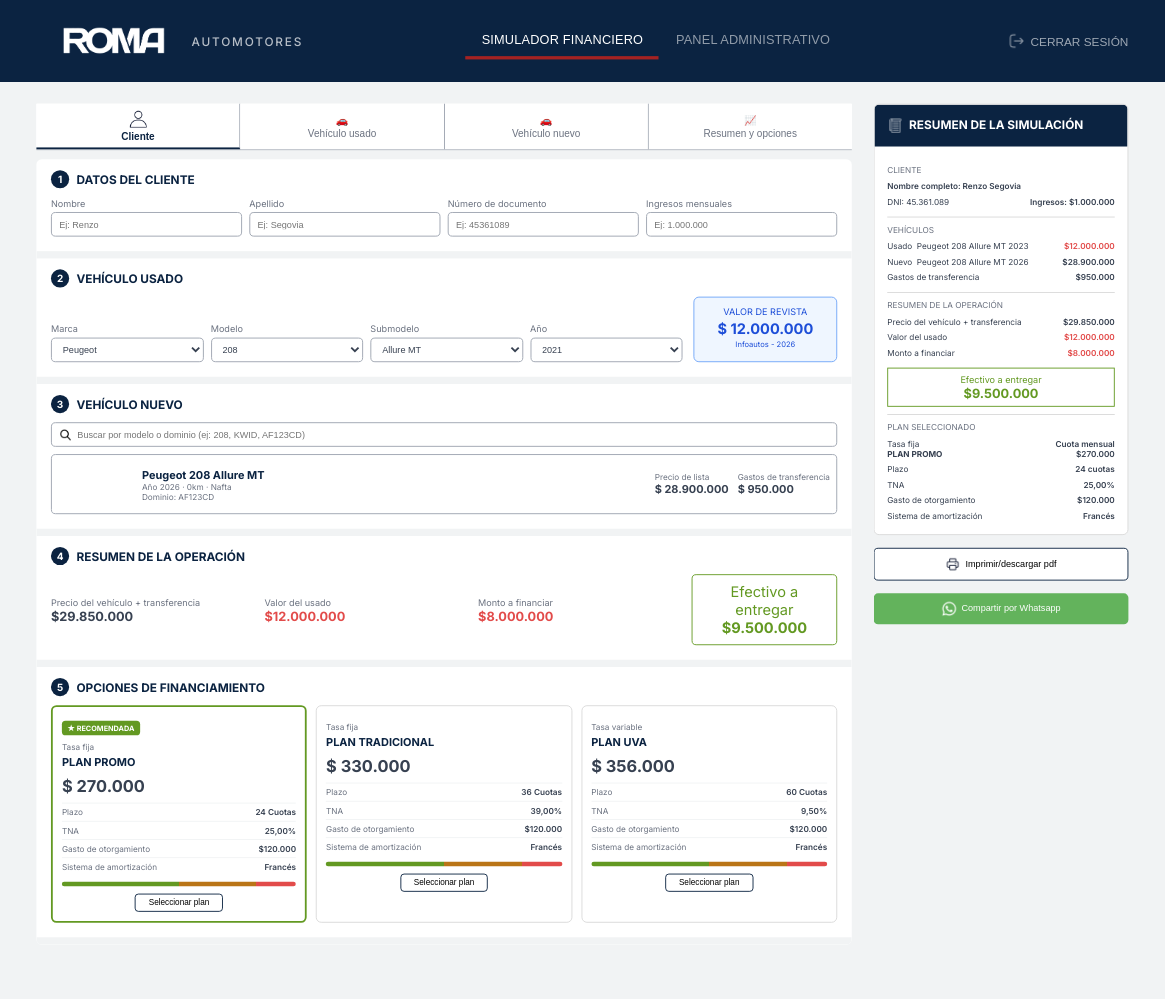
Repository: PPIII-9-012/Roma-System
Page: public/index.html
An editor plug-in stored every save of this project. The page is shown before and after the next save, followed by the edit.
The browser window is 1280 px wide. The pictures show the whole page, at 91% of full size.

Above is the page before, as saved 2026-08-22 16:59:04.

### public/index.html
<!DOCTYPE html>
<html lang="es">
<head>
    <meta charset="UTF-8">
    <meta name="viewport" content="width=device-width, initial-scale=1.0">
    <title>Simulador Financiero — Roma Automotores</title>
    <link rel="preconnect" href="https://fonts.googleapis.com">
    <link href="https://fonts.googleapis.com/css2?family=Inter:wght@400;500;600;700&display=swap" rel="stylesheet">
    <style>
        * {
            box-sizing: border-box;
            margin: 0;
            padding: 0;
        }
        body {
            font-family: 'Inter', system-ui, sans-serif;
        }
        .navbar {
            height: 90px;
            background: #0B2341;
            color: #FFFFFF;
            display: flex;
            align-items: center;
            justify-content: space-between;
            padding: 0 40px;
            position: sticky;
            top: 0;
            z-index: 50;
        }
        .navbar-left,
        .navbar-links,
        .navbar-logout {
            display: flex;
            align-items: center;
        }
        .navbar-left {
            gap: 14px;
        }
        .navbar-links {
            gap: 36px;
        }
        .navbar-logo {
            width: auto;
            height: 70px;
            display: block;
        }
        .navbar-brand {
            font-size: 13px;
            opacity: .7;
            letter-spacing: 2px;
            font-weight: 500;
        }
        .navbar-brand,
        .navbar-link,
        .navbar-logout {
            color: #FFFFFF;
        }
        .navbar-link {
            font-size: 14px;
            opacity: .55;
            text-decoration: none;
            padding-bottom: 4px;
            letter-spacing: .2px;
            transition: opacity .15s;
            position: relative;
        }
        .navbar-link:hover {
            opacity: .85;
        }
        .navbar-link.active {
            opacity: 1;
            transition: all 0.3s ease;
        }
        .navbar-link.active::after {
            content: "";
            position: absolute;
            left: 0;
            right: 0;
            bottom: -10px;
            height: 3px;
            background: #a52222;
            transform: scale(1.2)
        }
        .navbar-link.active:hover {
            transform: scale(1.2);
        }
        .navbar-logout {
            font-size: 13px;
            opacity: .6;
            transition: all 0.3s ease;
        }
        .navbar-logout:hover {
            opacity: 1;
            transform: scale(1.2);
        }
        .navbar-link,
        .navbar-logout {
            background: transparent;
            border: 0;
            cursor: pointer;
        }
        .navbar-logout {
            gap: 6px;
        }
        .navbar-link {
            transition: all 0.3s ease;
        }
        .navbar-link:hover {
            transform: scale(1.2);
        }
        .logout-logo {
            width: auto;
            height: 18px;
            display: block;
        }
        body {
            background: #F1F3F4;
            color: #374151;
        }
        .app {
            display: flex;
            max-width: 1440px;
            margin: 0 auto;
            align-items: flex-start;
        }
        .main-col {
            flex: 1;
            min-width: 0;
            padding: 24px 24px 60px 40px;
        }
        .side-col {
            width: 320px;
            flex-shrink: 0;
            padding: 24px 40px 60px 0;
            position: sticky;
            top: 90px;
        }
        .progress-tabs {
            background: #FFFFFF;
            display: flex;
            border-bottom: 1px solid #9CA3AF;
            margin-bottom: 10px;
        }
        .progress-tab {
            flex: 1;
            min-width: 0;
            min-height: 50px;
            display: flex;
            flex-direction: column;
            align-items: center;
            justify-content: center;
            gap: 2px;
            padding: 5px 8px;
            background: #FFFFFF;
            border: 0;
            border-right: 1px solid #9CA3AF;
            color: #6B7280;
            cursor: pointer;
            font-size: 11px;
        }
        .progress-tab:last-child { border-right: 0; }
        .progress-tab.active { color: #0B2341; font-weight: 600; border-bottom: 2px solid #0B2341; }
        .progress-tab img { height: 22px; width: auto; }
        .form-card, .summary-card {
            background: #FFFFFF;
            border-radius: 6px;
            overflow: hidden;
        }
        .form-section {
            padding: 12px 16px 16px;
            border-bottom: 8px solid #F1F3F4;
        }
        .form-section-head {
            display: flex;
            align-items: center;
            gap: 8px;
            margin-bottom: 10px;
        }
        .form-section-num {
            width: 20px;
            height: 20px;
            border-radius: 50%;
            background: #0B2341;
            color: #FFFFFF;
            display: grid;
            place-items: center;
            font-size: 11px;
            font-weight: 700;
        }
        .form-section-title { color: #0B2341; font-size: 13px; font-weight: 700; }
        .field-row, .used-fields { display: grid; grid-template-columns: repeat(4, minmax(0, 1fr)); gap: 8px; }
        .field { display: flex; flex-direction: column; gap: 4px; min-width: 0; }
        .field label { font-size: 10px; color: #6B7280; }
        .field input, .field select, .search-input {
            width: 100%;
            height: 27px;
            padding: 4px 8px;
            border: 1px solid #9CA3AF;
            border-radius: 5px;
            background: #FFFFFF;
            color: #374151;
            font-size: 10px;
        }
        .search-input {
            padding-left: 28px;
            background-image: url('buscar.png');
            background-repeat: no-repeat;
            background-position: 8px center;
            background-size: 14px 14px;
        }
        .used-layout { display: grid; grid-template-columns: 1fr 158px; gap: 12px; align-items: end; }
        .infoauto-box { background: #EFF6FF; border: 1px solid #70A5F8; border-radius: 6px; min-height: 72px; padding: 9px; text-align: center; color: #1D4ED8; font-size: 10px; }
        .infoauto-value { display: block; font-size: 16px; font-weight: 700; margin-top: 3px; }
        .search-wrap { position: relative; margin-bottom: 8px; }
        .new-car-card { display: grid; grid-template-columns: 82px 1fr auto auto; gap: 10px; align-items: center; border: 1px solid #9CA3AF; border-radius: 5px; padding: 7px; }
        .car-photo { width: 82px; height: 50px; object-fit: contain; }
        .car-name { font-size: 12px; font-weight: 700; color: #0B2341; }
        .car-meta, .price-label { font-size: 9px; color: #6B7280; }
        .price-value { font-size: 12px; font-weight: 700; color: #374151; }
        .op-grid { display: grid; grid-template-columns: repeat(3, 1fr) 160px; gap: 12px; align-items: center; }
        .op-label { font-size: 10px; color: #6B7280; }
        .op-value { font-size: 14px; font-weight: 700; }
        .negative { color: #E24B4A; }
        .cash-box { border: 1px solid #639922; border-radius: 5px; padding: 8px; text-align: center; color: #639922; }
        .cash-box strong { display: block; font-size: 16px; }
        .plans-grid { display: grid; grid-template-columns: repeat(3, 1fr); gap: 10px; }
        .plan-card { border: 1px solid #D9D9D9; border-radius: 6px; padding: 10px; min-width: 0; cursor: pointer; transition: border-color .2s, box-shadow .2s; }
        .plan-card.selected { border: 2px solid #639922; }
        .plan-badge { display: inline-block; background: #639922; color: #FFFFFF; border-radius: 4px; padding: 3px 6px; font-size: 8px; font-weight: 700; }
        .plan-type { color: #6B7280; font-size: 9px; margin-top: 7px; }
        .plan-name { color: #0B2341; font-size: 12px; font-weight: 700; margin: 4px 0 8px; }
        .plan-price { color: #374151; font-size: 18px; font-weight: 700; margin-bottom: 8px; }
        .plan-row { display: flex; justify-content: space-between; border-top: 1px solid #F1F3F4; padding: 4px 0; font-size: 9px; }
        .plan-row span:first-child { color: #6B7280; }
        .plan-row span:last-child { font-weight: 600; }
        .rci { height: 5px; margin: 7px 0 3px; background: linear-gradient(to right, #639922 50%, #BA7517 50% 83%, #E24B4A 83%); border-radius: 4px; }
        .plan-button { display: block; margin: 8px auto 0; padding: 4px 14px; border: 1px solid #0B2341; background: #FFFFFF; border-radius: 4px; font-size: 9px; }
        .summary-card { border: 1px solid #D9D9D9; }
        .summary-head { background: #0B2341; color: #FFFFFF; padding: 14px; font-size: 13px; font-weight: 700; }
        .summary-logo {
            width: auto;
            height: 18px;
            vertical-align: middle;
            margin-right: 6px;
        }
        .summary-body { padding: 12px 14px; }
        .summary-title { color: #6B7280; font-size: 9px; text-transform: uppercase; margin: 8px 0 4px; }
        .summary-row { display: flex; justify-content: space-between; gap: 8px; padding: 3px 0; font-size: 9px; }
        .summary-row span:last-child { font-weight: 600; text-align: right; }
        .summary-divider { border: 0; border-top: 1px solid #D9D9D9; margin: 8px 0; }
        .summary-cash { border: 1px solid #639922; color: #639922; text-align: center; padding: 6px; margin-top: 8px; font-size: 10px; }
        .summary-cash strong { display: block; font-size: 14px; }
        .side-action { width: 100%; margin-top: 14px; padding: 9px; border: 1px solid #0B2341; border-radius: 5px; background: #FFFFFF; font-size: 10px; transition: transform 0.3s ease, filter 0.4s ease; }
        .print-logo {
            width: auto;
            height: 16px;
            vertical-align: middle;
            margin-right: 6px;
        }
        .side-action:hover {
            transition: width 0.3s ease;
            transform: scale(1.1);
            filter: brightness(0.9);
        }
        .whatsapp-logo {
            width: auto;
            height: 16px;
            vertical-align: middle;
            margin-right: 6px;
        }
        .side-action.whatsapp { background: #63B35C; color: #FFFFFF; border: 0; }
        .cliente-logo {
            width: auto;
            height: 20px;
            display: block;
        }
        .plan-card:hover { box-shadow: 0 2px 8px rgba(11, 35, 65, .12); }
        @media (max-width: 900px) {
            .navbar {
                height: auto;
                min-height: 90px;
                flex-wrap: wrap;
                gap: 14px 20px;
                padding: 14px 24px;
            }
            .navbar-links {
                order: 3;
                width: 100%;
                justify-content: center;
            }
            .navbar-link.active {
                padding-bottom: 4px;
            }
            .navbar-link.active::after {
                bottom: -4px;
            }
            .app { flex-direction: column; }
            .main-col, .side-col { width: 100%; padding: 16px 24px 24px; }
            .side-col { position: static; }
        }
        @media (max-width: 560px) {
            .navbar {
                align-items: center;
                padding: 12px 16px;
            }
            .navbar-logo {
                height: 50px;
            }
            .navbar-brand {
                font-size: 11px;
                letter-spacing: 1px;
            }
            .navbar-links {
                gap: 12px;
            }
            .navbar-link {
                font-size: 11px;
                letter-spacing: 0;
                text-align: center;
            }
            .navbar-logout {
                font-size: 11px;
            }
            .logout-logo {
                height: 16px;
            }
            .main-col, .side-col { padding: 12px 16px 20px; }
            .field-row, .used-fields, .plans-grid { grid-template-columns: 1fr; }
            .used-layout, .op-grid { grid-template-columns: 1fr; }
            .new-car-card { grid-template-columns: 64px 1fr; }
            .car-photo { width: 64px; }
        }

</style>
</head>
<body>
<div class="navbar">
    <div class="navbar-left">
        <img class="navbar-logo" src="logotiporoma.png" alt="Roma">
        <span class="navbar-brand">AUTOMOTORES</span>
    </div>
    <div class="navbar-links">
        <button class="navbar-link active" type="button" id="simuladorBtn">SIMULADOR FINANCIERO</button>
        <button class="navbar-link" type="button" id="panelAdmimBtn">PANEL ADMINISTRATIVO</button>
    </div>
    <button class="navbar-logout" type="button" id="logoutBtn">
        <img class="logout-logo" src="cerrarsesion.png" alt="">
        <span>CERRAR SESIÓN</span>
    </button>
</div>

<div class="app">
    <div class="main-col">
        <div class="progress-tabs">
            <button class="progress-tab active" data-target="sec-cliente"><img src="cliente.png" alt=""><span>Cliente</span></button>
            <button class="progress-tab" data-target="sec-usado"><span>🚗</span><span>Vehículo usado</span></button>
            <button class="progress-tab" data-target="sec-nuevo"><span>🚗</span><span>Vehículo nuevo</span></button>
            <button class="progress-tab" data-target="sec-opciones"><span>📈</span><span>Resumen y opciones</span></button>
        </div>
        <div class="form-card">
            <section class="form-section" id="sec-cliente">
                <div class="form-section-head"><span class="form-section-num">1</span><span class="form-section-title">DATOS DEL CLIENTE</span></div>
                <div class="field-row">
                    <div class="field"><label>Nombre</label><input placeholder="Ej: Renzo"></div>
                    <div class="field"><label>Apellido</label><input placeholder="Ej: Segovia"></div>
                    <div class="field"><label>Número de documento</label><input placeholder="Ej: 45361089"></div>
                    <div class="field"><label>Ingresos mensuales</label><input placeholder="Ej: 1.000.000"></div>
                </div>
            </section>
            <section class="form-section" id="sec-usado">
                <div class="form-section-head"><span class="form-section-num">2</span><span class="form-section-title">VEHÍCULO USADO</span></div>
                <div class="used-layout">
                    <div class="used-fields">
                        <div class="field"><label>Marca</label><select><option>Peugeot</option></select></div>
                        <div class="field"><label>Modelo</label><select><option>208</option></select></div>
                        <div class="field"><label>Submodelo</label><select><option>Allure MT</option></select></div>
                        <div class="field"><label>Año</label><select><option>2021</option></select></div>
                    </div>
                    <div class="infoauto-box">VALOR DE REVISTA<strong class="infoauto-value">$ 12.000.000</strong><small>Infoautos - 2026</small></div>
                </div>
            </section>
            <section class="form-section" id="sec-nuevo">
                <div class="form-section-head"><span class="form-section-num">3</span><span class="form-section-title">VEHÍCULO NUEVO</span></div>
                <div class="search-wrap"><input class="search-input" placeholder="Buscar por modelo o dominio (ej: 208, KWID, AF123CD)"></div>
                <div class="new-car-card">
                    <img class="car-photo" src="logotiporoma.png" alt="Vehículo">
                    <div><div class="car-name">Peugeot 208 Allure MT</div><div class="car-meta">Año 2026 · 0km · Nafta<br>Dominio: AF123CD</div></div>
                    <div><div class="price-label">Precio de lista</div><div class="price-value">$ 28.900.000</div></div>
                    <div><div class="price-label">Gastos de transferencia</div><div class="price-value">$ 950.000</div></div>
                </div>
            </section>
            <section class="form-section" id="sec-opciones">
                <div class="form-section-head"><span class="form-section-num">4</span><span class="form-section-title">RESUMEN DE LA OPERACIÓN</span></div>
                <div class="op-grid">
                    <div><div class="op-label">Precio del vehículo + transferencia</div><div class="op-value">$29.850.000</div></div>
                    <div><div class="op-label">Valor del usado</div><div class="op-value negative">$12.000.000</div></div>
                    <div><div class="op-label">Monto a financiar</div><div class="op-value negative">$8.000.000</div></div>
                    <div class="cash-box">Efectivo a entregar<strong>$9.500.000</strong></div>
                </div>
            </section>
            <section class="form-section">
                <div class="form-section-head"><span class="form-section-num">5</span><span class="form-section-title">OPCIONES DE FINANCIAMIENTO</span></div>
                <div class="plans-grid">
                    <div class="plan-card selected"><span class="plan-badge">★ RECOMENDADA</span><div class="plan-type">Tasa fija</div><div class="plan-name">PLAN PROMO</div><div class="plan-price">$ 270.000</div><div class="plan-row"><span>Plazo</span><span>24 Cuotas</span></div><div class="plan-row"><span>TNA</span><span>25,00%</span></div><div class="plan-row"><span>Gasto de otorgamiento</span><span>$120.000</span></div><div class="plan-row"><span>Sistema de amortización</span><span>Francés</span></div><div class="rci"></div><button class="plan-button">Seleccionar plan</button></div>
                    <div class="plan-card"><div class="plan-type">Tasa fija</div><div class="plan-name">PLAN TRADICIONAL</div><div class="plan-price">$ 330.000</div><div class="plan-row"><span>Plazo</span><span>36 Cuotas</span></div><div class="plan-row"><span>TNA</span><span>39,00%</span></div><div class="plan-row"><span>Gasto de otorgamiento</span><span>$120.000</span></div><div class="plan-row"><span>Sistema de amortización</span><span>Francés</span></div><div class="rci"></div><button class="plan-button">Seleccionar plan</button></div>
                    <div class="plan-card"><div class="plan-type">Tasa variable</div><div class="plan-name">PLAN UVA</div><div class="plan-price">$ 356.000</div><div class="plan-row"><span>Plazo</span><span>60 Cuotas</span></div><div class="plan-row"><span>TNA</span><span>9,50%</span></div><div class="plan-row"><span>Gasto de otorgamiento</span><span>$120.000</span></div><div class="plan-row"><span>Sistema de amortización</span><span>Francés</span></div><div class="rci"></div><button class="plan-button">Seleccionar plan</button></div>
                </div>
            </section>
        </div>
    </div>
    <aside class="side-col">
        <div class="summary-card"><div class="summary-head"><img class="summary-logo" src="resumen.png" alt="">RESUMEN DE LA SIMULACIÓN</div><div class="summary-body">
            <div class="summary-title">Cliente</div><div class="summary-row"><span>Nombre completo: Renzo Segovia</span></div><div class="summary-row"><span>DNI: 45.361.089</span><span>Ingresos: $1.000.000</span></div><hr class="summary-divider">
            <div class="summary-title">Vehículos</div><div class="summary-row"><span>Usado&nbsp; Peugeot 208 Allure MT 2023</span><span class="negative">$12.000.000</span></div><div class="summary-row"><span>Nuevo&nbsp; Peugeot 208 Allure MT 2026</span><span>$28.900.000</span></div><div class="summary-row"><span>Gastos de transferencia</span><span>$950.000</span></div><hr class="summary-divider">
            <div class="summary-title">Resumen de la operación</div><div class="summary-row"><span>Precio del vehículo + transferencia</span><span>$29.850.000</span></div><div class="summary-row"><span>Valor del usado</span><span class="negative">$12.000.000</span></div><div class="summary-row"><span>Monto a financiar</span><span class="negative">$8.000.000</span></div><div class="summary-cash">Efectivo a entregar<strong>$9.500.000</strong></div><hr class="summary-divider">
            <div class="summary-title">Plan seleccionado</div><div class="summary-row"><span>Tasa fija<br><b>PLAN PROMO</b></span><span>Cuota mensual<br>$270.000</span></div><div class="summary-row"><span>Plazo</span><span>24 cuotas</span></div><div class="summary-row"><span>TNA</span><span>25,00%</span></div><div class="summary-row"><span>Gasto de otorgamiento</span><span>$120.000</span></div><div class="summary-row"><span>Sistema de amortización</span><span>Francés</span></div>
        </div></div>
        <button class="side-action"><img class="print-logo" src="imprimir.png" alt="">Imprimir/descargar pdf</button><button class="side-action whatsapp"><img class="whatsapp-logo" src="whatsapp.png" alt="">Compartir por Whatsapp</button>
    </aside>
</div>

<script>
    const navbarLinks = document.querySelectorAll('.navbar-link');
    navbarLinks.forEach((link) => {
        link.addEventListener('click', () => {
            navbarLinks.forEach((item) => item.classList.remove('active'));
            link.classList.add('active');
        });
    });

    const planCards = document.querySelectorAll('.plan-card');
    planCards.forEach((planCard) => {
        planCard.addEventListener('click', () => {
            planCards.forEach((card) => card.classList.remove('selected'));
            planCard.classList.add('selected');
        });
    });
</script>
</body>
</html>

After the next save:
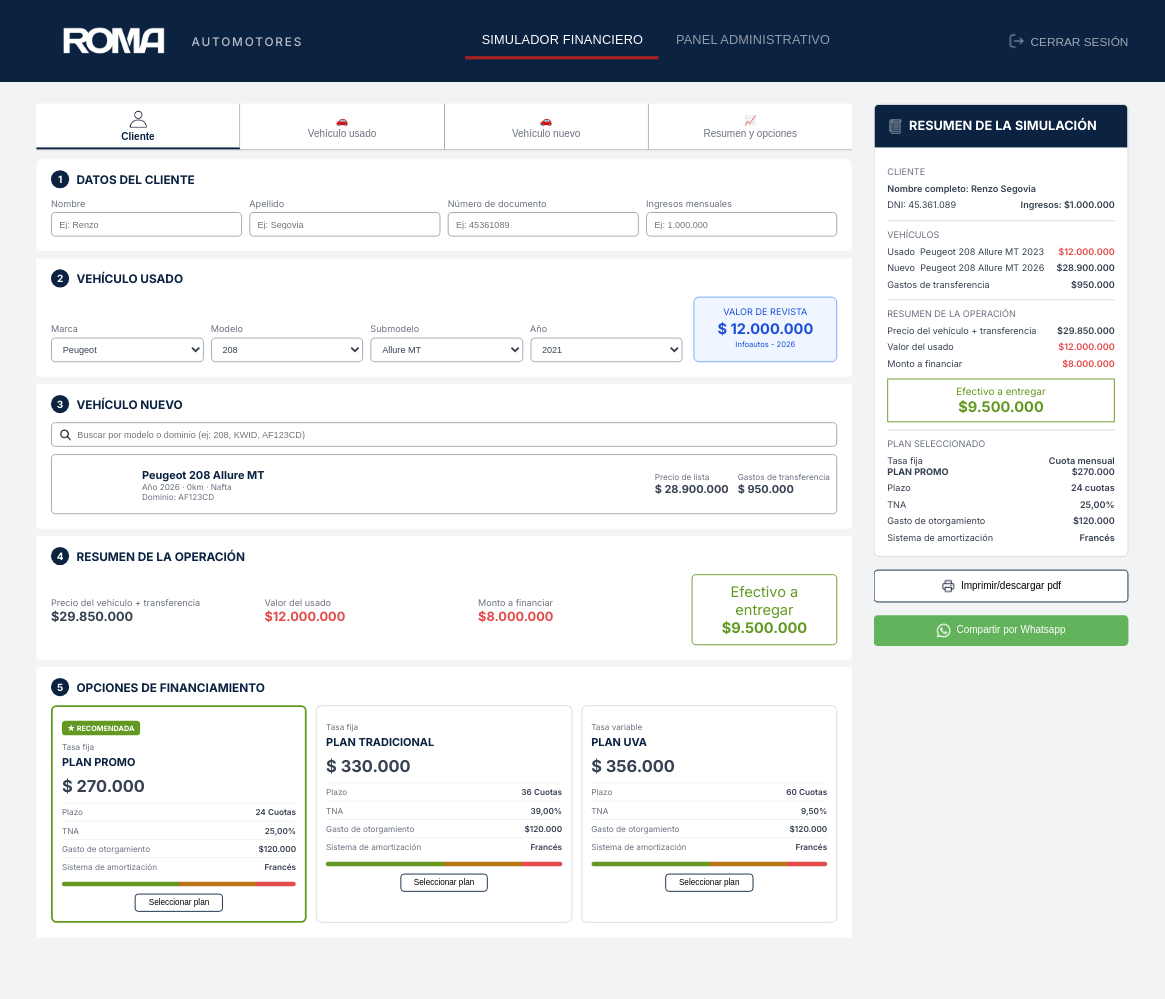
Saved 98 s later.
--- a/public/index.html
+++ b/public/index.html
@@ -236,7 +236,7 @@
         .rci { height: 5px; margin: 7px 0 3px; background: linear-gradient(to right, #639922 50%, #BA7517 50% 83%, #E24B4A 83%); border-radius: 4px; }
         .plan-button { display: block; margin: 8px auto 0; padding: 4px 14px; border: 1px solid #0B2341; background: #FFFFFF; border-radius: 4px; font-size: 9px; }
         .summary-card { border: 1px solid #D9D9D9; }
-        .summary-head { background: #0B2341; color: #FFFFFF; padding: 14px; font-size: 13px; font-weight: 700; }
+        .summary-head { background: #0B2341; color: #FFFFFF; padding: 14px; font-size: 14px; font-weight: 700; }
         .summary-logo {
             width: auto;
             height: 18px;
@@ -244,13 +244,13 @@
             margin-right: 6px;
         }
         .summary-body { padding: 12px 14px; }
-        .summary-title { color: #6B7280; font-size: 9px; text-transform: uppercase; margin: 8px 0 4px; }
-        .summary-row { display: flex; justify-content: space-between; gap: 8px; padding: 3px 0; font-size: 9px; }
+        .summary-title { color: #6B7280; font-size: 10px; text-transform: uppercase; margin: 8px 0 4px; }
+        .summary-row { display: flex; justify-content: space-between; gap: 8px; padding: 3px 0; font-size: 10px; }
         .summary-row span:last-child { font-weight: 600; text-align: right; }
         .summary-divider { border: 0; border-top: 1px solid #D9D9D9; margin: 8px 0; }
-        .summary-cash { border: 1px solid #639922; color: #639922; text-align: center; padding: 6px; margin-top: 8px; font-size: 10px; }
-        .summary-cash strong { display: block; font-size: 14px; }
-        .side-action { width: 100%; margin-top: 14px; padding: 9px; border: 1px solid #0B2341; border-radius: 5px; background: #FFFFFF; font-size: 10px; transition: transform 0.3s ease, filter 0.4s ease; }
+        .summary-cash { border: 1px solid #639922; color: #639922; text-align: center; padding: 6px; margin-top: 8px; font-size: 11px; }
+        .summary-cash strong { display: block; font-size: 16px; }
+        .side-action { width: 100%; margin-top: 14px; padding: 9px; border: 1px solid #0B2341; border-radius: 5px; background: #FFFFFF; font-size: 11px; transition: transform 0.3s ease, filter 0.4s ease; }
         .print-logo {
             width: auto;
             height: 16px;
